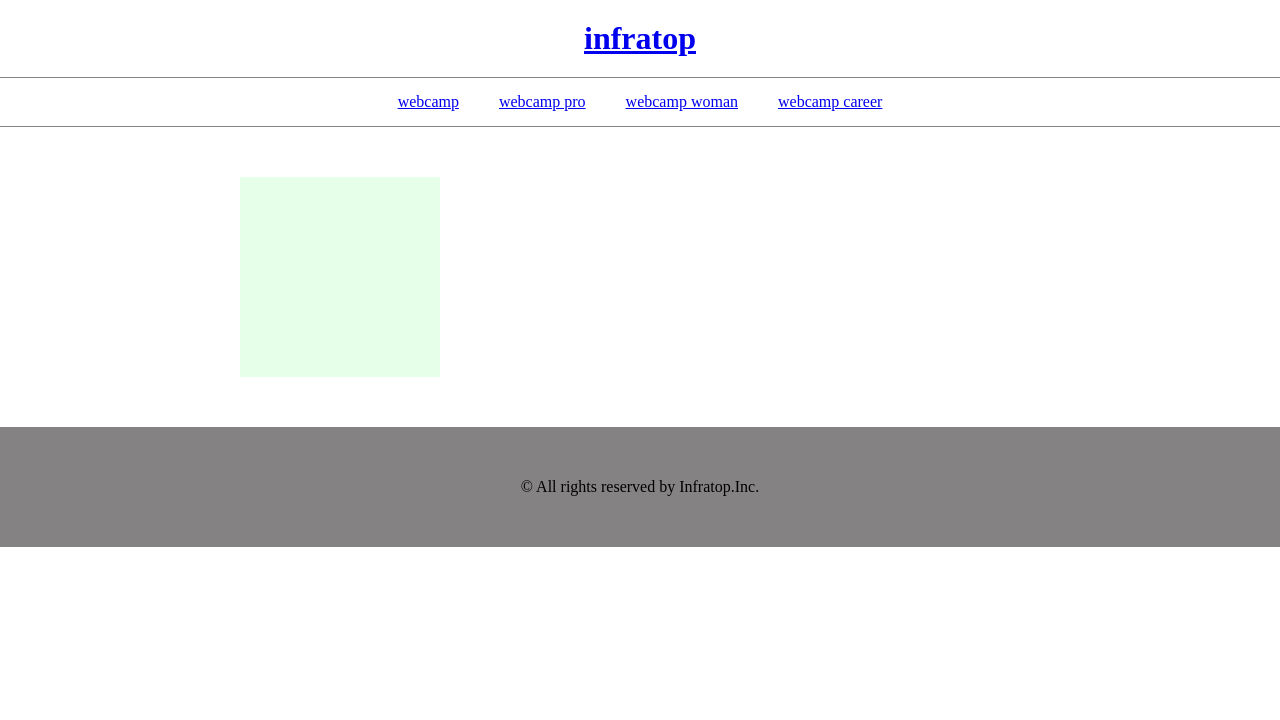
Repository: Yuya0829/HTML
Page: exercise/exercise5.html
The author's editor kept a record of every edit. The page is drawn from the files as they stood at one moment, then again after the next edit.
The browser window is 1280 px wide. The pictures show the whole page.

Above is the page before.

### exercise/exercise5.html
<!DOCTYPE html>
<html lang="ja">
  <head>
    <meta charset="UTF-8" />
    <link rel="stylesheet" href="exercise5.css" />
    <title>EXERCISE5</title>
  </head>

  <body>
    <header>
      <h1 class="heading">
        <a href="exercise5.html">
          infratop
        </a>
      </h1>
    </header>

    <nav>
      <ul class="nav-list">
        <li class="nav-list-item">
          <a href="https://web-camp.io">webcamp</a>
        <li class="nav-list-item">
          <a href="https://web-camp.io">webcamp pro</a>
        <li class="nav-list-item">
          <a href="https://web-camp.io">webcamp woman</a>
        <li class="nav-list-item">
          <a href="https://web-camp.io">webcamp career</a>
        </li>
      </ul>
    </nav>

    <div class="main">
      <div class="box1"></div>
      <div class="box2"></div>
      <div class="box3"></div>
      <div class="box4"></div>
      <div class="box5"></div>
      <div class="box6"></div>
      <div class="box7"></div>
      <div class="box8"></div>
      <div class="box9"></div>
      <div class="box10"></div>
      <div class="box11"></div>
      <div class="box12"></div>
    </div>

    <footer>
      <p class="footer-text">© All rights reserved by Infratop.Inc.</p>
    </footer>
  </body>
</html>

### exercise/exercise5.css
* {
  margin: 0;
  padding: 0;
  box-sizing: border-box;
}

header {
  width: 100%;
  padding: 20px 0;
  margin: 0 auto;
  text-align: center;
}

.nav-list {
  text-align: center;
  padding: 15px 0;
  margin: 0 auto;
  border-bottom: 1px solid #848282;
  border-top: 1px solid #848282;
}

.nav-list-item {
  list-style: none;
  display: inline-block;
  margin: 0 20px;
}

.main {
  width: 800px;
  margin: 50px auto;
  display: flex;
  flex-wrap: wrap;
}

.box1 {
  width: 200px;
  height: 200px;
  background-color: #e6ffe9;
}

.box2 {
  width: 200px;
  height: 200px;
  background-color: #;
}

.box3 {
  width: 200px;
  height: 200px;
  background-color: #;
}

.box4 {
  width: 200px;
  height: 200px;
  background-color: #;
}

footer {
  width: 100%;
  height: 120px;
  text-align: center;
  line-height: 120px;
  background-color: #848282;
}

After the next edit:
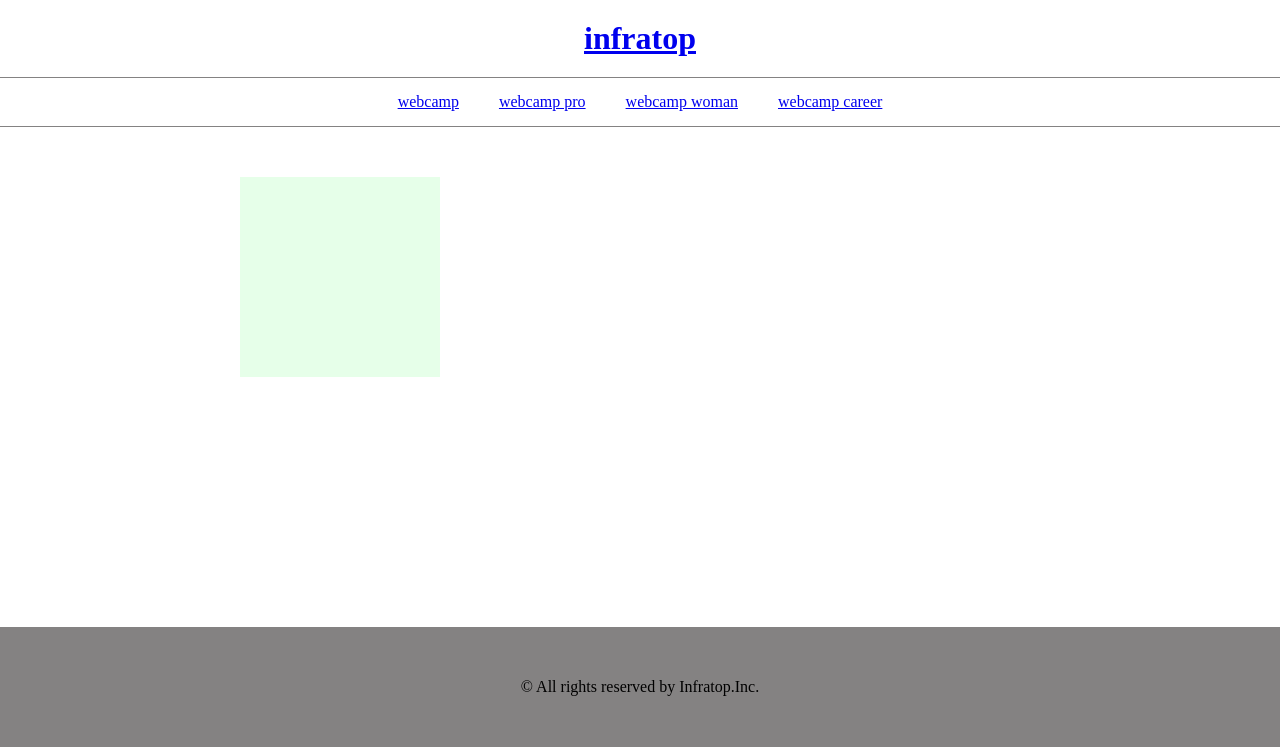
The edit:
--- a/exercise/exercise5.css
+++ b/exercise/exercise5.css
@@ -56,6 +56,12 @@
   background-color: #;
 }
 
+.box5 {
+  width: 200px;
+  height: 200px;
+  background-color: #;
+}
+
 footer {
   width: 100%;
   height: 120px;
